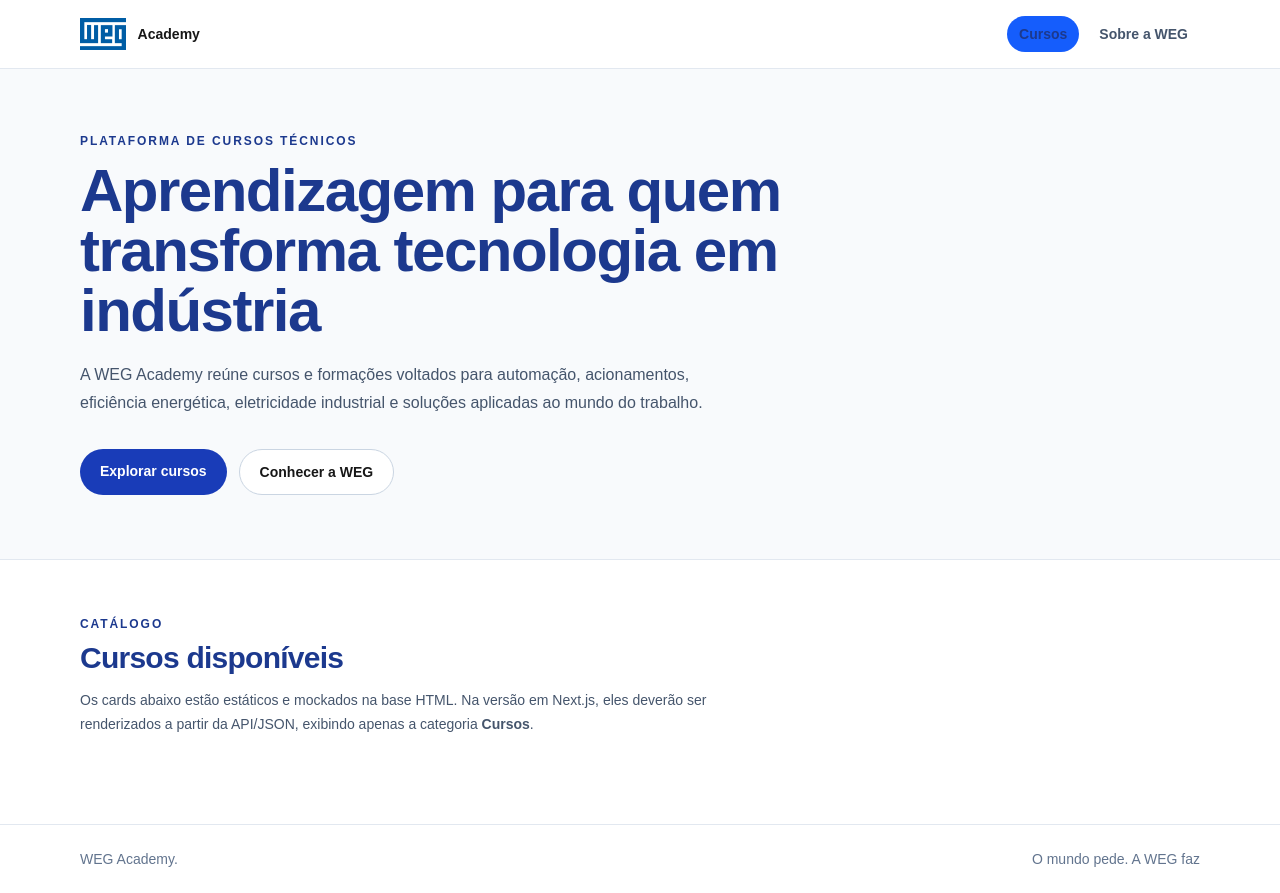
Repository: juniorAntunes910/Prova-Next-Junior_Gabriel_Antunes_de_Souza-Correta
Page: / (app in prova/)
These files come from the project's save history. The page is drawn as it stood at one moment and after the next save; the edit follows.
The browser window is 1280 px wide. The pictures show the whole page.
The page's requests for data from a server got no answer. The project was rebuilt for these pictures with package versions that can differ from the ones it lists, and the page was loaded fresh each time. The framework's server and built-in components were replaced by stand-ins that run in the browser. No one was signed in, and anything a server would have sent is missing. Also part of the build but not shown: prova/next.config.mjs, prova/src/components/Cards.js.

Above is the page before, as saved 2026-07-10 09:12:40.

### prova/src/app/layout.js
import "./globals.css";
import Topbar from "@/components/Topbar";
import Footer from "@/components/Footer";

export const metadata = {
  title: "Create Next App",
  description: "Generated by create next app",
};

export default function RootLayout({ children }) {
  return (
    <html lang="en">
      <body className="min-h-full flex flex-col">
        <Topbar />
        {children}
        <Footer />
      </body>
    </html>
  );
}

### prova/src/app/page.js
import Hero from "@/components/Hero";
import Cards from "@/components/Cards";
export default function Home() {
  return (
    <main>
      <Hero />

      <section className="mx-auto max-w-6xl px-4 py-14" id="cursos">
        <div className="mb-8 max-w-2xl">
          <p className="mb-2 text-xs font-extrabold uppercase tracking-[0.16em] text-blue-900">
            Catálogo
          </p>
          <h2 className="text-3xl font-extrabold tracking-tight text-blue-900">
            Cursos disponíveis
          </h2>
          <p className="mt-3 text-sm leading-6 text-slate-600">
            Os cards abaixo estão estáticos e mockados na base HTML. Na versão
            em Next.js, eles deverão ser renderizados a partir da API/JSON,
            exibindo apenas a categoria <strong>Cursos</strong>.
          </p>
        </div>
        <div className="grid gap-5 md:grid-cols-3">
              <Cards />
        </div>
      </section>
    </main>
  );
}

### prova/src/components/Topbar.js
"use client";
import Image from "next/image";
import { usePathname } from "next/navigation";
import Link from "next/link";
export default function Topbar() {
  const path = usePathname();
  const active = "rounded-full bg-blue-600 px-3 py-2 text-blue-900";
  const desative = "rounded-full  px-3 py-2 text-blue-900";

  return (
    <header className="border-b border-slate-200 bg-white">
      <div className="mx-auto flex max-w-6xl flex-col gap-4 px-4 py-4 md:flex-row md:items-center md:justify-between">
        <Link
          href="/"
          className="flex items-center gap-3"
          aria-label="Página inicial WEG Academy"
        >
          <Image
            src="/logo-weg.png"
            alt="Logo WEG"
            height={64}
            width={64}
            className="h-8 w-auto"
          ></Image>
          <span className="text-sm font-bold text-weg-dark">Academy</span>
        </Link>

        <nav
          className="flex items-center gap-2 text-sm font-semibold text-slate-600"
          aria-label="Navegação principal"
        >
          <Link
            href="/"
            className={path === "/" ? active : desative}
          >
            Cursos
          </Link>
          <Link
            href="/about"
            className="rounded-full px-3 py-2 hover:bg-slate-100"
          >
            Sobre a WEG
          </Link>
        </nav>
      </div>
    </header>
  );
}

### prova/src/components/Footer.js
export default function () {
  return (
    <footer className="border-t border-slate-200 bg-white">
      <div className="mx-auto flex max-w-6xl flex-col gap-2 px-4 py-6 text-sm text-slate-500 md:flex-row md:items-center md:justify-between">
        <p>WEG Academy.</p>
        <p>O mundo pede. A WEG faz</p>
      </div>
    </footer>
  );
}

### prova/src/components/Hero.js
import Link from "next/link";
export default function Hero() {
  return (
    <section className="border-b border-slate-200 bg-slate-50">
      <div className="mx-auto max-w-6xl px-4 py-16">
        <div className="max-w-3xl">
          <p className="mb-3 text-xs font-extrabold uppercase tracking-[0.16em] text-blue-900">
            Plataforma de cursos técnicos
          </p>
          <h1 className="text-4xl font-extrabold tracking-tight text-blue-900 md:text-6xl">
            Aprendizagem para quem transforma tecnologia em indústria
          </h1>
          <p className="mt-5 max-w-2xl text-base leading-7 text-slate-600">
            A WEG Academy reúne cursos e formações voltados para automação,
            acionamentos, eficiência energética, eletricidade industrial e
            soluções aplicadas ao mundo do trabalho.
          </p>
          <div className="mt-8 flex flex-wrap gap-3">
            <Link
              href="#cursos"
              className="rounded-full bg-weg-blue px-5 py-3 text-sm font-bold bg-blue-800 text-white hover:bg-blue-900"
            >
              Explorar cursos
            </Link>
            <Link
              href="/about"
              className="rounded-full border border-slate-300 bg-white px-5 py-3 text-sm font-bold text-weg-dark hover:bg-slate-50"
            >
              Conhecer a WEG
            </Link>
          </div>
        </div>
      </div>
    </section>
  );
}

Loaded but not shown: prova/src/app/globals.css (common file)

After the next save:
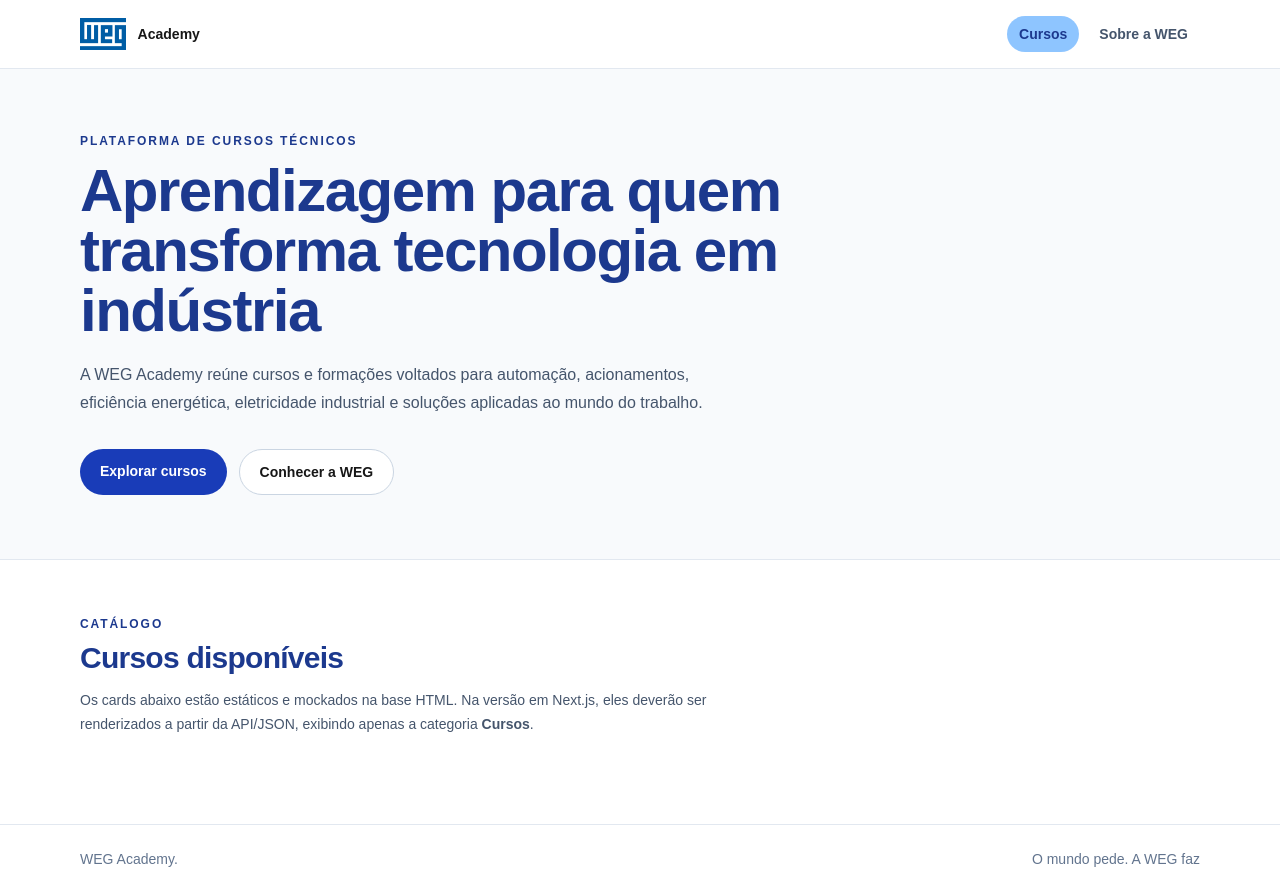
Saved 12 s later.
--- a/prova/src/components/Topbar.js
+++ b/prova/src/components/Topbar.js
@@ -4,7 +4,7 @@
 import Link from "next/link";
 export default function Topbar() {
   const path = usePathname();
-  const active = "rounded-full bg-blue-600 px-3 py-2 text-blue-900";
+  const active = "rounded-full bg-blue-300 px-3 py-2 text-blue-900";
   const desative = "rounded-full  px-3 py-2 text-blue-900";
 
   return (
